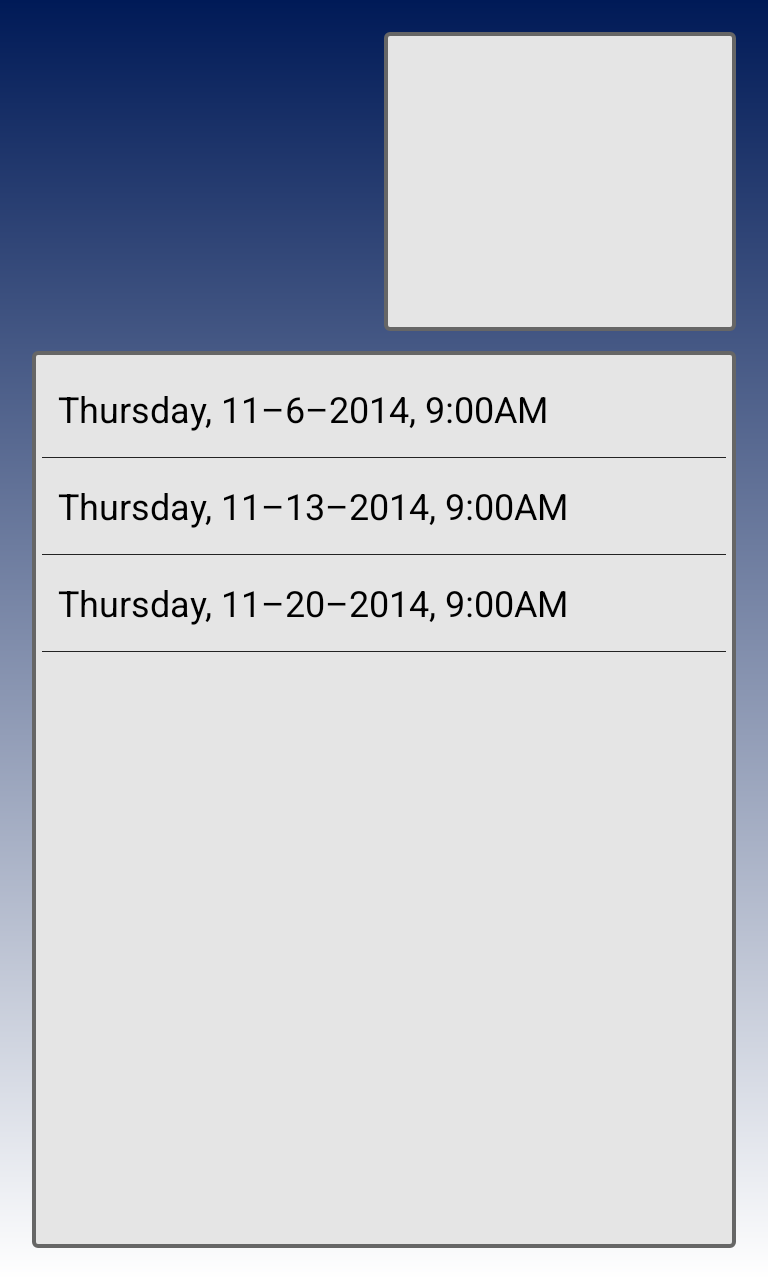
Repository: duke-compsci408-fall2014/GlassRx
Layout: AndroidRx/res/layout/activity_patient_medication.xml
These files come from the project's save history. The layout is drawn as it stood at one moment and after the next save; the edit follows.
It is drawn on a 768 x 1280 px phone screen (xhdpi) without system bars, with theme AppTheme; the app's code is not run. Lists and similar views that code fills are empty.

Above is the layout before, as saved 2014-12-10 03:12:03.

After the next save:
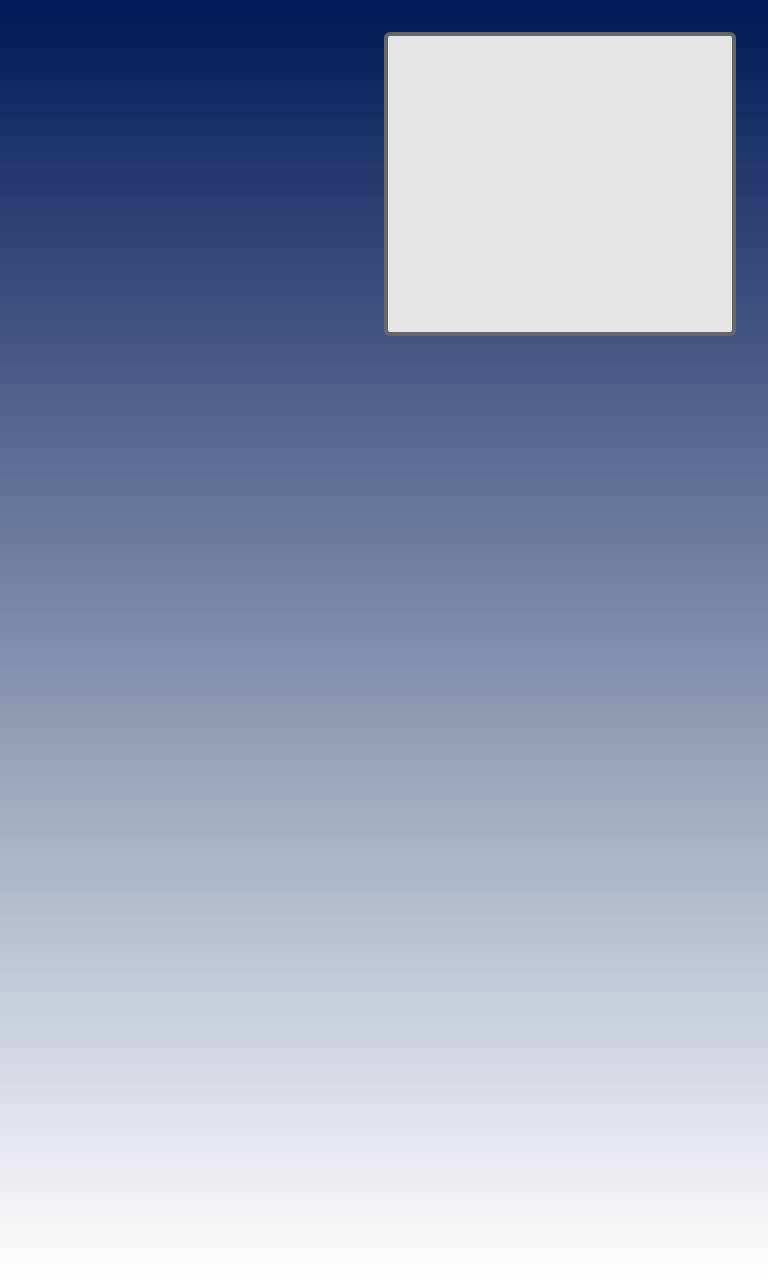
Saved 13 h 6 min later.
--- a/AndroidRx/res/layout/activity_patient_medication.xml
+++ b/AndroidRx/res/layout/activity_patient_medication.xml
@@ -36,14 +36,23 @@
 
     </LinearLayout>
 
-    <ListView
-	     android:id="@+id/listview_med_events"
-	     android:layout_width="match_parent"
-	     android:layout_height="0dp"
-	  	 android:layout_weight=".75"
-	     android:layout_marginTop="10dp"
-	     android:entries="@array/alarm_array" >
-	 </ListView>
+    <LinearLayout
+        android:id="@+id/layout_event_calendar"
+        android:layout_width="fill_parent"
+        android:layout_height="wrap_content"
+        android:layout_gravity="center_horizontal"
+        android:layout_below="@+id/textview_med_name"
+        android:orientation="horizontal" />
+
+    <LinearLayout
+        android:id="@+id/layout_day_events"
+        android:layout_below="@+id/layout_event_calendar"
+        android:layout_width="match_parent"
+        android:layout_marginLeft="5dp"
+        android:layout_marginRight="5dp"
+        android:layout_height="wrap_content"
+        android:orientation="vertical">
+    </LinearLayout>
 
 
 
